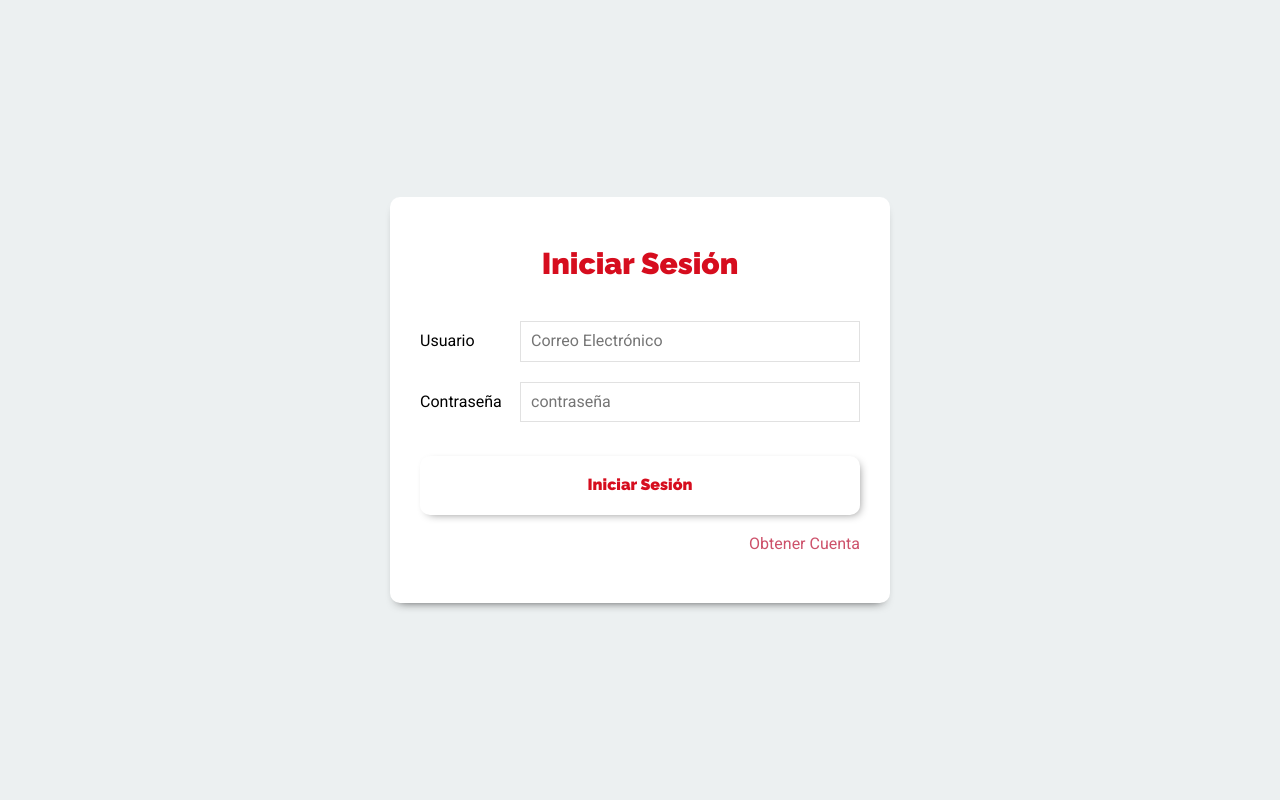
Repository: andrescovarrubias/admin-proyectos
Page: / (app in cliente/)
An editor plug-in stored every save of this project. The page is shown before and after the next save, followed by the edit.
The browser window is 1280 px wide. The pictures show the whole page.
The pointer rests on the first visible `.btn-primario`.
The project was rebuilt for these pictures with package versions that can differ from the ones it lists, and the page was loaded fresh each time. Also part of the build but not shown: cliente/src/components/auth/NuevaCuenta.jsx, cliente/src/components/proyectos/NuevoProyecto.jsx, cliente/src/components/layout/SideBar.jsx, cliente/src/components/proyectos/Proyectos.jsx.

Above is the page before, as saved 2020-10-31 17:55:16.

After the next save:
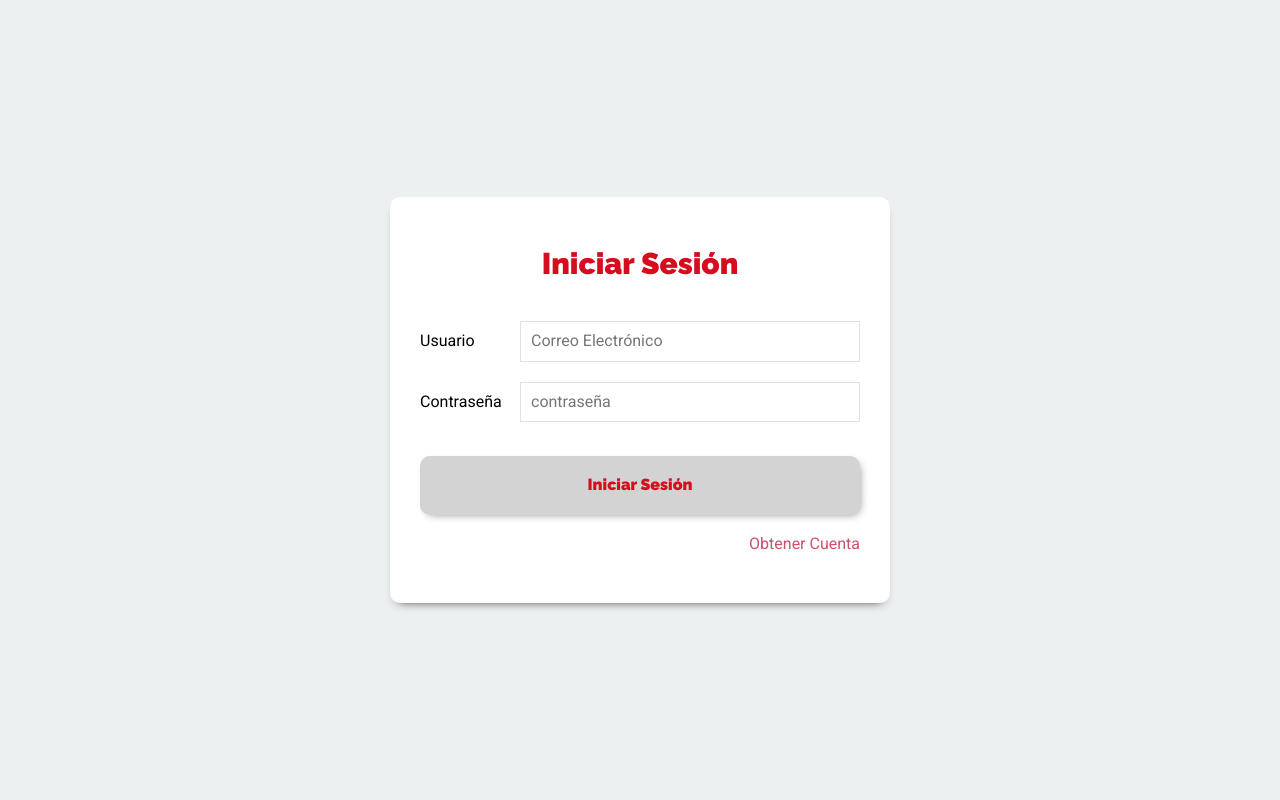
Saved 45 s later.
--- a/cliente/src/index.css
+++ b/cliente/src/index.css
@@ -78,8 +78,8 @@ a {
   color: var(--rojo);
 }
 .btn-primario:hover {
-  /* background: var(--rojo2);
-  color: var(--blanco); */
+  background: lightgray;
+  /* color: var(--blanco); */
 }
 .btn-secundario {
   background-color: var(--rojo2);
